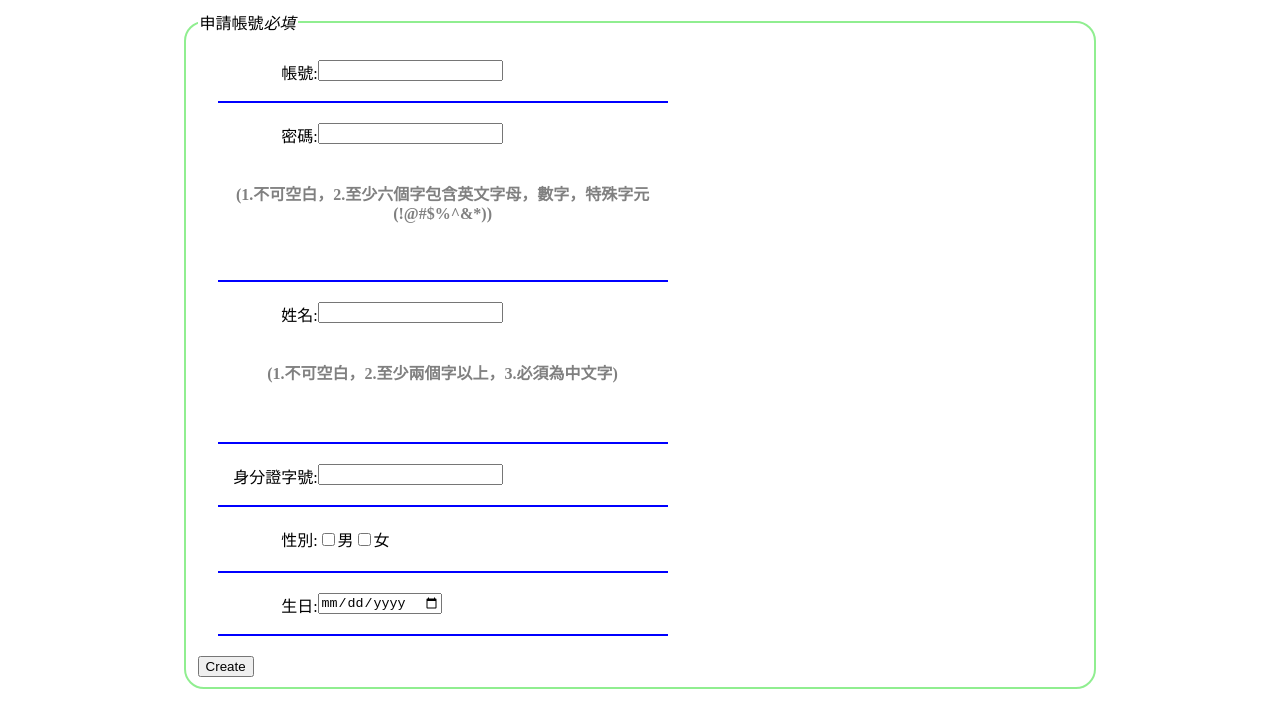
Repository: cctytw2000/Member
Page: Member/WebContent/Member/RegisteredMember.html
An editor plug-in stored every save of this project. The page is shown before and after the next save, followed by the edit.
The browser window is 1280 px wide. The pictures show the whole page.

Above is the page before, as saved 2019-08-29 09:51:25.

After the next save:
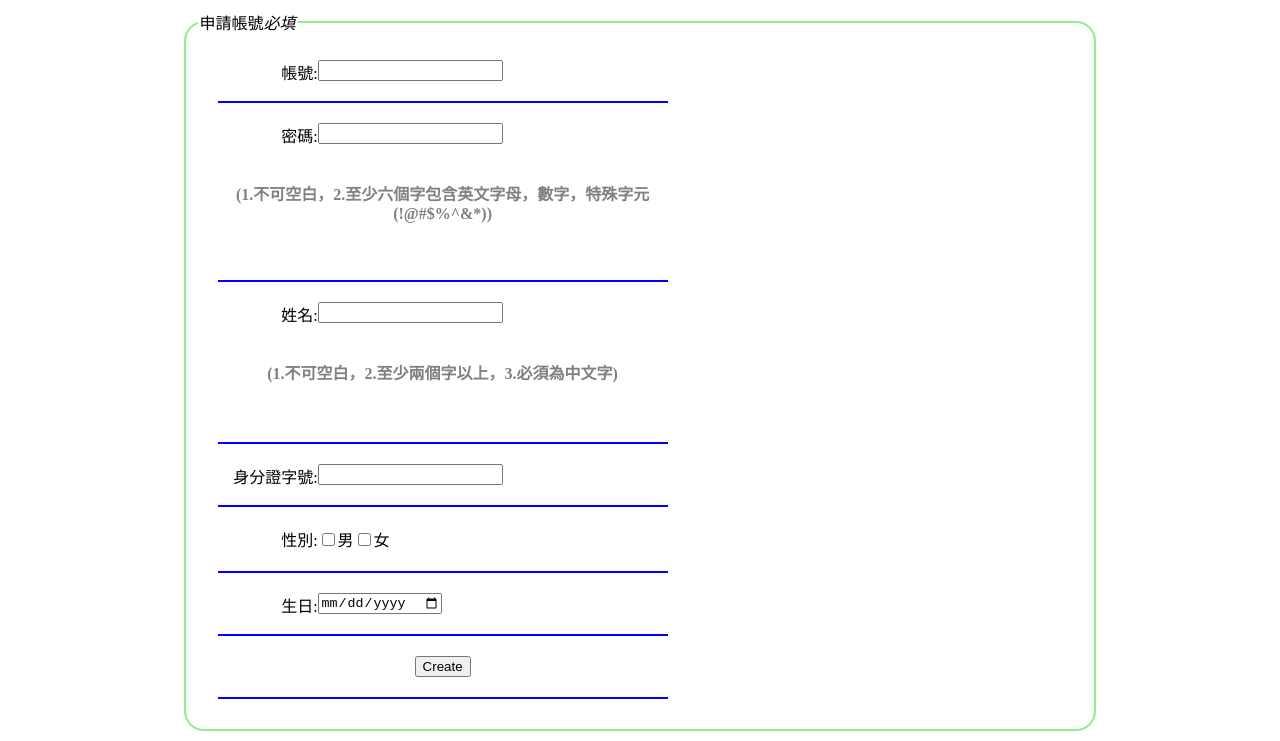
Saved 54 s later.
--- a/Member/WebContent/Member/RegisteredMember.html
+++ b/Member/WebContent/Member/RegisteredMember.html
@@ -33,8 +33,9 @@
 <div class="div1">
 <label class='label1'>生日:</label><input type="date" name="birth">
 </div>
-
-<input type="submit" value="Create" style="text-align: center">
+<div class="div1" style="text-align: center">
+<input type="submit" value="Create">
+</div>
 </fieldset>
 </form>
 
